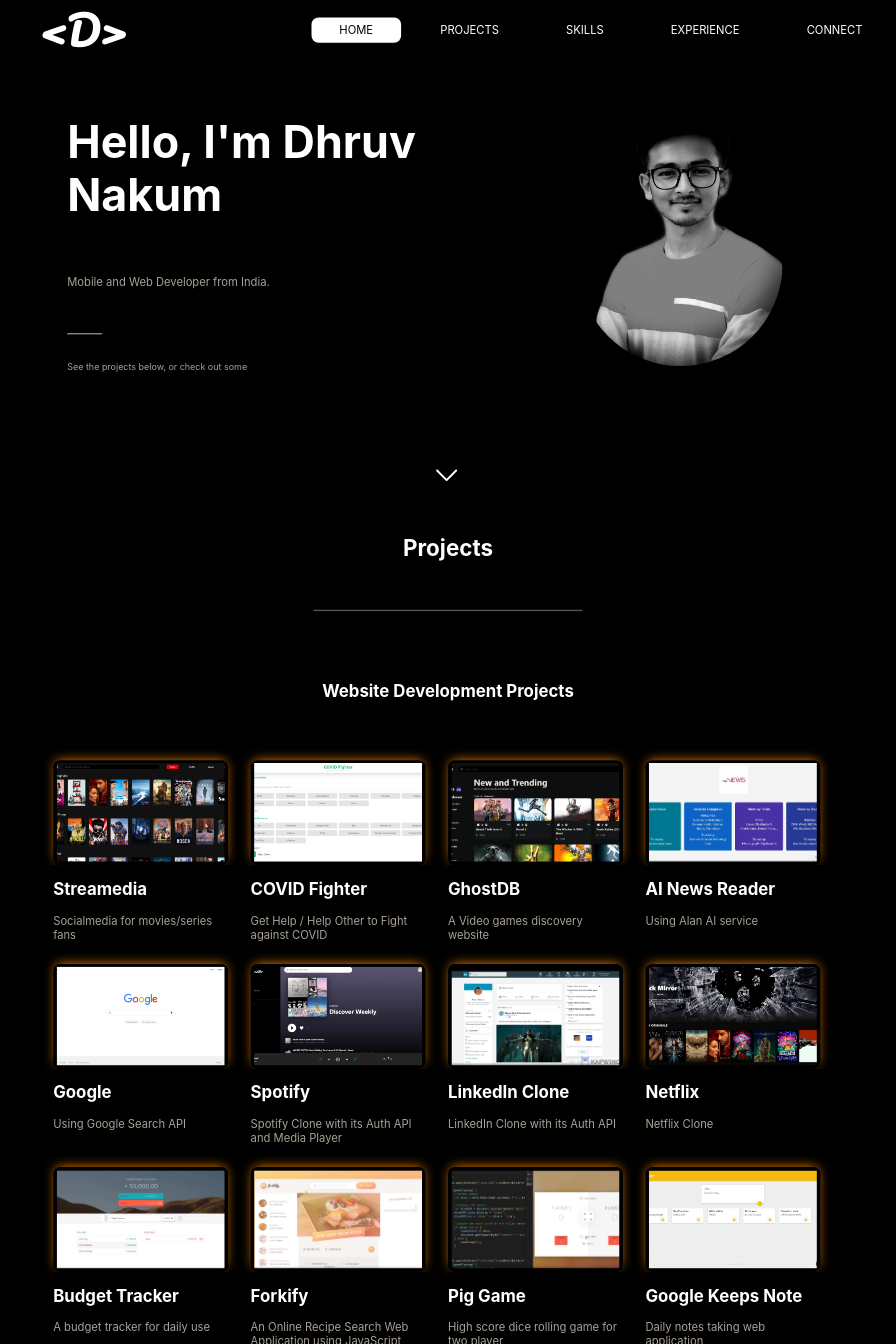
Repository: red-star25/next-portfolio
Page: /
An editor plug-in stored every save of this project. The page is shown before and after the next save, followed by the edit.
The browser window is 1280 px wide. The pictures show the part of the page from y = 0 to 1920 px (the page is 5386 px tall), at 70% of full size.
The project was rebuilt for these pictures with package versions that can differ from the ones it lists, and the page was loaded fresh each time. The framework's server and built-in components were replaced by stand-ins that run in the browser.

Above is the page before, as saved 2021-08-05 20:08:38.

### styles/globals.css
@import url("https://fonts.googleapis.com/css2?family=Ubuntu&display=swap");

html,
body {
  scroll-behavior: smooth;

  padding: 0;
  margin: 0;
  font-family: -apple-system, BlinkMacSystemFont, "Ubuntu", Segoe UI, Roboto,
    Oxygen, Ubuntu, Cantarell, Fira Sans, Droid Sans, Helvetica Neue, sans-serif;
}

a {
  color: inherit;
  text-decoration: none;
}

* {
  box-sizing: border-box;
  background-color: black;
}

/* width */
::-webkit-scrollbar {
  width: 15px;
}

/* Track */
::-webkit-scrollbar-track {
  background: white;
}

/* Handle */
::-webkit-scrollbar-thumb {
  background: grey;
}

/* Handle on hover */
::-webkit-scrollbar-thumb:hover {
  background: #555;
}

### styles/App.module.css
.app {
  width: 100%;
  overflow: hidden;
}

.app__home {
  margin-top: 4em;
  height: 70vh;
  width: 100%;
  display: flex;
  align-items: center;
  justify-content: flex-start;
}

.app__scrollDownIndicator {
  display: flex;
  justify-content: center;
  align-items: center;
  padding: 1em 0;
  background-color: black;
  margin-top: 5em;
}
.app__scrollDownIndicator > img {
  height: 30px;
  width: 30px;
}

@media only screen and (max-width: 520px) {
  .app__scrollDownIndicator {
    margin-top: 1em;
  }
}

### component/Home/Home.jsx
import React from "react";
import styles from "../../styles/Home.module.css";

import { motion } from "framer-motion";

function Home() {
  return (
    <div className={styles.home}>
      <motion.div
        className={styles.home__left}
        animate={{
          x: 0,
          opacity: 1,
          transition: {
            duration: 0.5,
            type: "tween",
          },
        }}
        initial={{
          opacity: 0,
          x: -100,
        }}
      >
        <div className={styles.home__title}>
          <h1>
            Hello, I'm Dhruv
            <br />
            Nakum
          </h1>
        </div>
        <div className={styles.home__subtitle}>
          <p>Mobile and Web Developer from India.</p>
        </div>
        <div className={styles.separator}></div>
        <div className={styles.home__subtitle2}>
          <p>See the projects below, or check out some</p>
        </div>
      </motion.div>
      <motion.div
        className={styles.home__right}
        animate={{
          opacity: 1,
          transition: {
            duration: 1,
            type: "tween",
          },
        }}
        initial={{
          opacity: 0,
        }}
      >
        <img src="/images/b&w.png" alt="" />
      </motion.div>
    </div>
  );
}

export default Home;

### component/Skills/Skills.jsx
import React, { useEffect } from "react";
import styles from "../../styles/Skills.module.css";
import { PieChart } from "react-minimal-pie-chart";
import Aos from "aos";
import "aos/dist/aos.css";

function Skills() {
  const skillsData = [
    {
      title: "Flutter",
      color: "#E38627",
      value: 20,
      width: "100%",
    },
    {
      title: "Dart",
      color: "#C13C37",
      value: 15,
      width: "90%",
    },
    {
      title: "React.js",
      color: "#6A2135",
      value: 10,
      width: "80%",
    },
  ];
  const skillsData2 = [
    {
      title: "Html",
      color: "#2b2e4a",
      value: 30,
      width: "100%",
    },
    {
      title: "Css",
      color: "#e84545",
      value: 30,
      width: "90%",
    },
    {
      title: "JavaScript",
      color: "#903749",
      value: 40,
      width: "90%",
    },
  ];

  useEffect(() => {
    Aos.init({ duration: 1500 });
  }, []);
  return (
    <div className={styles.skills}>
      <h1 data-aos="zoom-in">Skills</h1>
      <div data-aos="zoom-in" className={styles.skills__seperator}></div>
      <div className={styles.skills__main1}>
        <div data-aos="fade-right" className={styles.skillsMain__left}>
          {skillsData.map((skill) => {
            return (
              <div className={styles.skillMain__item}>
                <h3>{skill.title}</h3>
                <div
                  className={styles.skillMain__counter}
                  style={{ width: skill.width, backgroundColor: skill.color }}
                ></div>
              </div>
            );
          })}
        </div>
        <div data-aos="fade-left" className={styles.skillsMain__right}>
          <PieChart className={styles.pie_chart} data={skillsData} />;
        </div>
      </div>
      <div className={styles.skills__main2}>
        <div data-aos="fade-right" className={styles.skillsMain__left}>
          <PieChart className={styles.pie_chart} data={skillsData2} />;
        </div>
        <div data-aos="fade-left" className={styles.skillsMain__right}>
          {skillsData2.map((skill) => {
            return (
              <div className={styles.skillMain2__item}>
                <h3>{skill.title}</h3>
                <div
                  className={styles.skillMain__counter}
                  style={{ width: skill.width, backgroundColor: skill.color }}
                ></div>
              </div>
            );
          })}
        </div>
      </div>
    </div>
  );
}

export default Skills;

### component/Connect/Connect.jsx
import React, { useEffect } from "react";
import styles from "../../styles/Connect.module.css";
import Aos from "aos";
import "aos/dist/aos.css";
function Connect() {
  useEffect(() => {
    Aos.init({ duration: 1000 });
  }, []);
  return (
    <div className={styles.connect}>
      <h1 data-aos="zoom-in">Connect</h1>
      <div data-aos="zoom-in" className={styles.connect__seperator}></div>
      <div className={styles.connect__details}>
        <div data-aos="fade-right" className={styles.connectDetails__1}>
          <h1 id={styles.name}>DHRUV NAKUM</h1>
          <p id={styles.profession}>Mobile and Web Developer</p>
          <span id={styles.residency}>• India</span>
        </div>
        <div data-aos="fade-right" className={styles.connectDetails__2}>
          <p id={styles.connectText}>
            If you are thinking about hiring me or would like to discuss a
            project, get in touch with me at
          </p>
          <p id={styles.email}>nakumdhruv123@gmail.com</p>
        </div>
        <div className={styles.connect__social}>
          <a
            href="https://www.linkedin.com/in/dhruv-nakum-4b1054176/"
            target="_blank"
          >
            LINKED IN
          </a>
          <p>/</p>

          <a href="https://twitter.com/dhruv_nakum" target="_blank">
            TWITTER
          </a>
          <p>/</p>

          <a href="https://github.com/red-star25" target="_blank">
            GITHUB
          </a>
        </div>
      </div>
    </div>
  );
}

export default Connect;

### styles/Header.module.css
@import url("https://fonts.googleapis.com/css2?family=Pacifico&display=swap");

.header {
  display: flex;
  justify-content: space-between;
  align-items: center;
  width: 100%;
  height: 12vh;
  position: fixed;
  background-color: transparent;
  z-index: 99;
}

h1.header__logo {
  color: white;
  font-size: 3.5rem;
  margin-left: 1em;
  font-family: "Pacifico", cursive;
  background-color: transparent;
}

.header__links {
  background-color: transparent;
}

.header__links > a {
  width: fit-content;
  text-decoration: none;
  color: white;
  padding: 0.5em 2.5em;
  margin: 0 0.5em;
  transition: 0.5s;
  background-color: transparent;
  border-radius: 10px;
}

.header__links :hover {
  background-color: white;
  color: black;
  border-radius: 10px;
}

#selectedLink {
  background-color: white;
  color: black;
}

.header__mobile__links {
  display: none;
}

@media only screen and (max-width: 520px) {
  h1.header__logo {
    font-size: 3.5rem;
  }
  .header {
    z-index: unset;
  }
}

@media only screen and (max-width: 880px) {
  .header {
    position: unset;
    z-index: unset;
  }
  .header__mob {
    margin-left: -1em;
    margin-top: -1em;
    height: 100vh;
    flex-direction: column;
    display: flex;
    justify-content: center;
    align-items: center;
    width: 100%;
  }

  .header__mobile__links {
    display: flex;
    justify-content: center;
    align-items: center;
    width: 100%;
    flex-direction: column;
    clip-path: circle(100px at 90% -10%);
    -webkit-clip-path: circle(100px at 90% -10%);
    transition: all 1s ease-out;
  }

  .header__mobile__links.open {
    clip-path: circle(1000px at 90% -10%);
    -webkit-clip-path: circle(1000px at 90% -10%);
  }

  .menuLinks > ul {
    list-style-type: none;
  }

  .menuLinks li {
    color: white;
    font-size: 1rem;
    text-align: center;
    margin: 4.5em 0px;
    transition: 0.3s;
  }

  .menuLinks > ul > li :hover {
    color: black;
    background-color: white;
  }

  .header__logo__center > img {
    align-self: flex-end;
    margin-right: 5em;
  }

  .header__logo__mob {
    display: none;
  }

  .header__mobile__links > img {
    height: 30px;
    width: 30px;
  }

  .header__links {
    display: none;
  }

  #selectedLink {
    background-color: white;
    color: black;
    margin: 0em 2em;
    border-radius: 10px;
  }

  .menuLinks a {
    width: fit-content;
    text-decoration: none;
    color: white;
    padding: 0.2em 2em;
    margin: 0 0.5em;
    transition: 0.5s;
    background-color: black;
    border-radius: 10px;
    font-size: 2rem;
  }
}

### styles/Home.module.css
.home {
  margin: 2em 0em 0em 5em;
  padding: 1em;
  display: flex;
  height: 100%;
  width: 100%;
}

.home__title > h1 {
  color: white;
  font-size: 4em;
}

.home__subtitle > p {
  padding-top: 1em;
  color: #a8a196;
}

.home__subtitle2 > p {
  padding-top: 2em;
  color: #a8a196;
  font-size: 0.8rem;
}

.separator {
  margin-top: 3em;
  border-top: 2px solid #a8a196;
  width: 50px;
}

.home__left {
  height: 100%;
  display: flex;
  width: 50%;
  align-items: flex-start;
  justify-content: center;
  flex-direction: column;
}
.home__right {
  width: 50%;
  display: flex;
  align-items: center;
  justify-content: center;
}

.home__right > img {
  width: 50%;
  border-radius: 150px;
}

@media only screen and (max-width: 520px) {
  .home {
    margin-left: 3em;
    margin-top: -3em;
  }

  .home__left {
    width: 100%;
  }

  .home__right {
    display: none;
  }
}

@media only screen and (max-width: 880px) {
  .home__left {
    width: 100%;
  }

  .home__right {
    display: none;
  }
}

### styles/Project.module.css
.project {
  display: flex;
  flex-direction: column;
  align-items: center;
  justify-content: center;
}

.project > h1 {
  padding-top: 1em;
  color: white;
  align-self: center;
}

.projectCard {
  height: 150px;
  width: 250px;
  border-radius: 10px;
  padding: 0.3em;
  margin-right: 2em;
  /* margin-bottom: 1em; */
  -webkit-box-shadow: 0px -3px 17px -4px rgba(255, 136, 0, 1);
  -moz-box-shadow: 0px -3px 17px -4px rgba(255, 136, 0, 1);
  box-shadow: 0px -3px 17px -4px rgba(255, 136, 0, 1);
}

.project__seperator {
  width: 30%;
  border-top: 1px solid white;
  margin-top: 3em;
  margin-bottom: 5em;
}

.project__listOfProject {
  margin-top: 4em;
  display: flex;
  flex-wrap: wrap;
  justify-content: center;
}

.project__web,
.project__mobile > h2 {
  color: white;
}

.project__web {
  display: flex;
  flex-direction: column;
  justify-content: center;
  align-items: center;
  width: 90%;
}

.project__mobile {
  margin-top: 5em;
  width: 90%;
  display: flex;
  flex-direction: column;
  justify-content: center;
  align-items: center;
}

.projectCard__main {
  margin-bottom: 1em;
  display: flex;
  flex-direction: column;
}

.projectCard__title > h2 {
  color: white;
  width: 250px;
}

.projectCard__subTitle {
  color: #a8a196;
  width: 250px;
  margin-top: -1em;
}

### styles/Skills.module.css
.skills {
  display: flex;
  flex-direction: column;
  align-items: center;
  justify-content: center;
  margin-top: 5em;
  margin-bottom: 10em;
  margin-left: auto;
  margin-right: auto;
  width: 80%;
}

.skills > h1 {
  color: white;
}

.skills__seperator {
  width: 30%;
  border-top: 1px solid white;
  margin-top: 3em;
  margin-bottom: 5em;
}

.skillMain__item {
  padding-bottom: 2em;
  display: flex;
  flex-direction: column;
  width: 100%;
}

.skillMain2__item {
  align-items: flex-end;
  padding-bottom: 2em;
  display: flex;
  flex-direction: column;
  width: 100%;
}

.skillMain__item > h3,
.skillMain2__item > h3 {
  color: white;
  margin-bottom: 2em;
}

.skills__main1,
.skills__main2 {
  display: flex;
  width: 100%;
}

.skills__main2 {
  margin-top: 5em;
}

.skillsMain__left {
  width: 50%;
  margin: auto;
}
.skillsMain__right {
  width: 50%;
  margin: auto;
}
.skillMain__counter {
  height: 10px;
  width: 70%;
  background-color: red;
  border-radius: 10px;
}

.pie_chart {
  width: 100%;
  height: 280px;
}

@media only screen and (max-width: 720px) {
  .pie_chart {
    height: 200px;
  }
}
@media only screen and (max-width: 520px) {
  .skills__main1,
  .skills__main2 {
    display: flex;
    flex-direction: column;
  }

  .skills__main1 {
    flex-direction: column-reverse;
  }

  .skillsMain__left,
  .skillsMain__right {
    width: 70%;
  }

  .skillMain2__item {
    align-items: flex-start;
  }
  .skills {
    width: 100%;
  }
}

### styles/Connect.module.css
.connect {
  display: flex;
  flex-direction: column;
  width: 90%;
  margin: auto;
}

.connect > h1 {
  color: white;
  align-self: center;
}

.connect__seperator {
  width: 30%;
  align-self: center;
  border-top: 1px solid white;
  margin-top: 3em;
  margin-bottom: 5em;
}

#name {
  color: white;
  padding-bottom: 0.7em;
}
#profession {
  color: #a8a196;
  padding-bottom: 0.5em;
}

#residency {
  font-size: small;
  margin-top: 2em;
  color: #a8a196;
}

.connectDetails__1,
.connectDetails__2 {
  margin-bottom: 5em;
  margin-left: 5em;
}

#connectText {
  color: #a8a196;
  width: 30%;
  margin-bottom: 1em;
}

#email,
#mobile {
  color: white;
  font-weight: bold;
}

.connect__social {
  margin-bottom: 5em;
  display: flex;
  margin-left: 5em;
}

.connect__social > a {
  text-decoration: none;
  color: white;
  font-size: small;
}

.connect__social > p {
  margin: 0px 2em;
  color: #a8a196;
  font-size: smaller;
}

@media only screen and (max-width: 520px) {
  #connectText {
    width: 90%;
  }

  .connectDetails__1,
  .connectDetails__2 {
    margin-left: 3em;
  }

  .connect__social > p {
    margin: 0px 1em;
  }
  .connect__social {
    margin-left: 3em;
  }
}

### styles/Experience.module.css
.experience {
  display: flex;
  flex-direction: column;
  align-items: center;
  justify-content: center;
  margin-top: 5em;
  margin-bottom: 10em;
  margin-left: auto;
  margin-right: auto;
  width: 80%;
  color: white;
  list-style: none;
}

.experience > h1 {
  color: white;
}

.experience__seperator {
  width: 30%;
  border-top: 1px solid white;
  margin-top: 3em;
  margin-bottom: 5em;
}

.experience__data {
  display: flex;
}

.experience__data > ul {
  list-style: none;
}

.company__position {
  font-weight: bold;
  font-size: large;
  margin-bottom: 0.5em;
  color: antiquewhite;
}

.company__duration {
  color: gainsboro;
  font-size: smaller;
  margin-top: 0.5em;
}

@media only screen and (max-width: 520px) {
  .experience__data {
    flex-direction: column;
  }
}

@media only screen and (max-width: 720px) {
  .experience__data {
    flex-direction: column;
  }
}

Loaded but not shown: pages/_app.js (common file); component/Experience/Experience.js (47 lines, source omitted); pages/index.js (43 lines, source omitted); component/Project/Project.jsx (218 lines, source omitted); component/Header/Header.jsx (230 lines, source omitted)

After the next save:
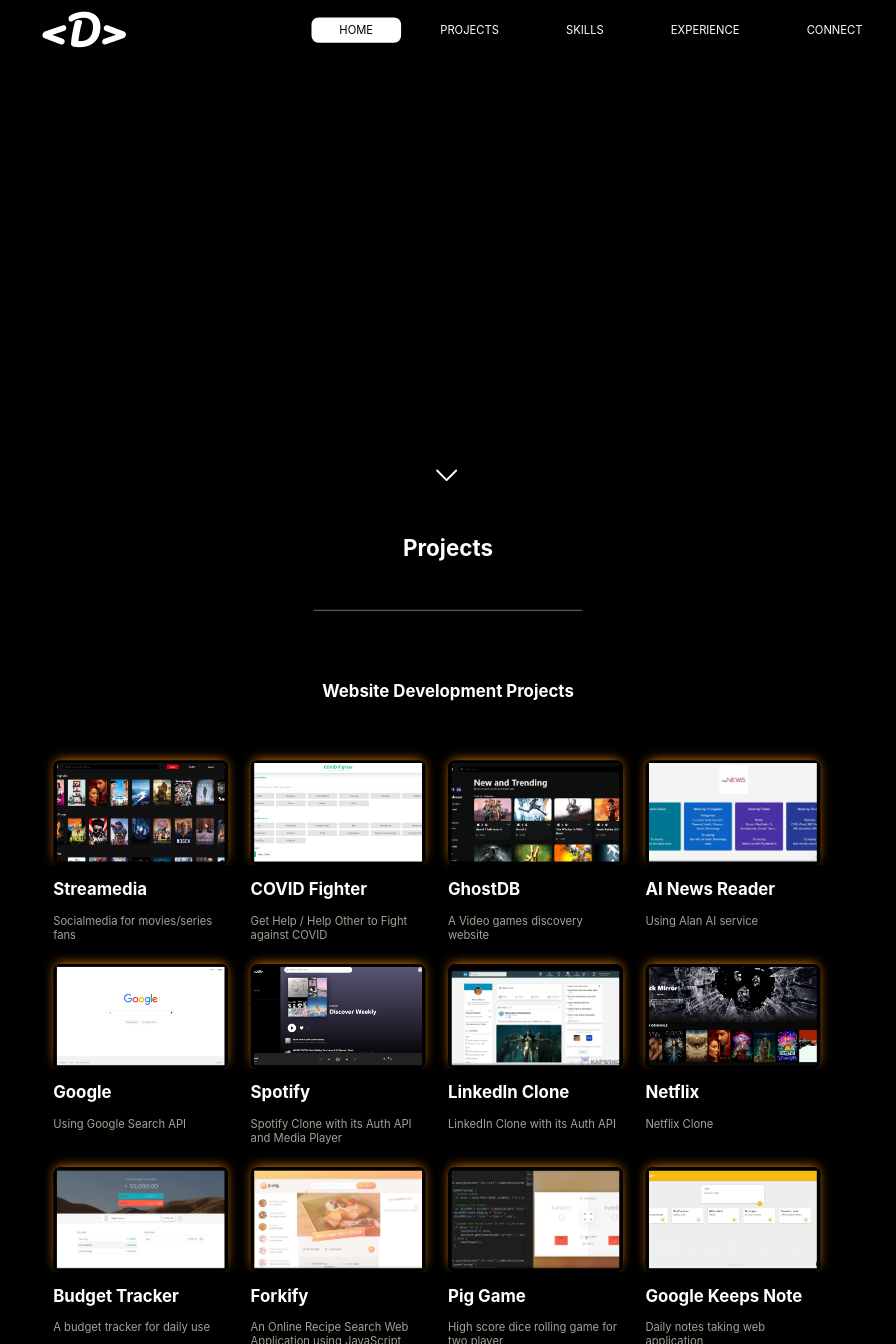
Saved 822 days later.
--- a/component/Home/Home.jsx
+++ b/component/Home/Home.jsx
@@ -1,13 +1,12 @@
 import React from "react";
-import styles from "../../styles/Home.module.css";
 
 import { motion } from "framer-motion";
 
 function Home() {
   return (
-    <div className={styles.home}>
+    <div className="home">
       <motion.div
-        className={styles.home__left}
+        className="home__left"
         animate={{
           x: 0,
           opacity: 1,
@@ -21,23 +20,31 @@
           x: -100,
         }}
       >
-        <div className={styles.home__title}>
+        <div className="home__title">
           <h1>
             Hello, I'm Dhruv
             <br />
             Nakum
           </h1>
         </div>
-        <div className={styles.home__subtitle}>
+        <div className="home__subtitle">
           <p>Mobile and Web Developer from India.</p>
         </div>
-        <div className={styles.separator}></div>
-        <div className={styles.home__subtitle2}>
+        <div style={{ marginTop: "2em" }}></div>
+        <div className="resume_btn">
+          <a href="https://drive.google.com/file/d/1vIg0jRUwXptqm2S09jY5MFjWA6coCvS4/view?usp=sharing" download="Dhruv's Resume" target="_blank" rel="noreferrer">Download Resume</a>
+        </div>
+        <div style={{ marginTop: "2em" }}></div>
+        <div className="blog_btn">
+          <a href="https://dhruvnakum.xyz" target="_blank" rel="noreferrer">Visit Blog ↗</a>
+        </div>
+        <div className="separator"></div>
+        <div className="home__subtitle2">
           <p>See the projects below, or check out some</p>
         </div>
       </motion.div>
-      <motion.div
-        className={styles.home__right}
+      {/* <motion.div
+        className="home__right"
         animate={{
           opacity: 1,
           transition: {
@@ -49,8 +56,8 @@
           opacity: 0,
         }}
       >
-        <img src="/images/b&w.png" alt="" />
-      </motion.div>
+        <img src={potrait} alt="" />
+      </motion.div> */}
     </div>
   );
 }

After the save that followed:
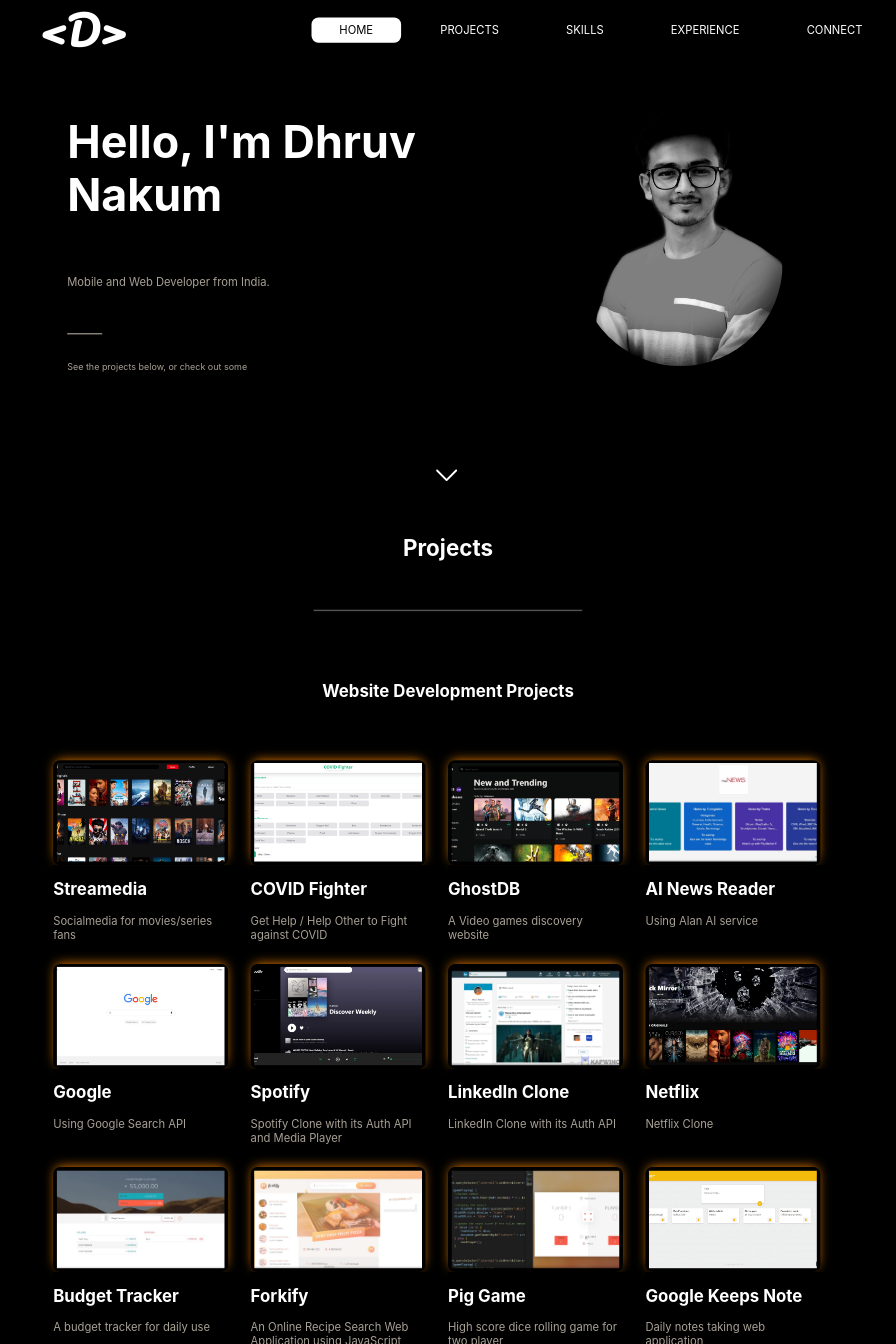
Saved 15 s later.
--- a/component/Home/Home.jsx
+++ b/component/Home/Home.jsx
@@ -1,12 +1,13 @@
 import React from "react";
+import styles from "../../styles/Home.module.css";
 
 import { motion } from "framer-motion";
 
 function Home() {
   return (
-    <div className="home">
+    <div className={styles.home}>
       <motion.div
-        className="home__left"
+        className={styles.home__left}
         animate={{
           x: 0,
           opacity: 1,
@@ -20,31 +21,23 @@
           x: -100,
         }}
       >
-        <div className="home__title">
+        <div className={styles.home__title}>
           <h1>
             Hello, I'm Dhruv
             <br />
             Nakum
           </h1>
         </div>
-        <div className="home__subtitle">
+        <div className={styles.home__subtitle}>
           <p>Mobile and Web Developer from India.</p>
         </div>
-        <div style={{ marginTop: "2em" }}></div>
-        <div className="resume_btn">
-          <a href="https://drive.google.com/file/d/1vIg0jRUwXptqm2S09jY5MFjWA6coCvS4/view?usp=sharing" download="Dhruv's Resume" target="_blank" rel="noreferrer">Download Resume</a>
-        </div>
-        <div style={{ marginTop: "2em" }}></div>
-        <div className="blog_btn">
-          <a href="https://dhruvnakum.xyz" target="_blank" rel="noreferrer">Visit Blog ↗</a>
-        </div>
-        <div className="separator"></div>
-        <div className="home__subtitle2">
+        <div className={styles.separator}></div>
+        <div className={styles.home__subtitle2}>
           <p>See the projects below, or check out some</p>
         </div>
       </motion.div>
-      {/* <motion.div
-        className="home__right"
+      <motion.div
+        className={styles.home__right}
         animate={{
           opacity: 1,
           transition: {
@@ -56,8 +49,8 @@
           opacity: 0,
         }}
       >
-        <img src={potrait} alt="" />
-      </motion.div> */}
+        <img src="/images/b&w.png" alt="" />
+      </motion.div>
     </div>
   );
 }
